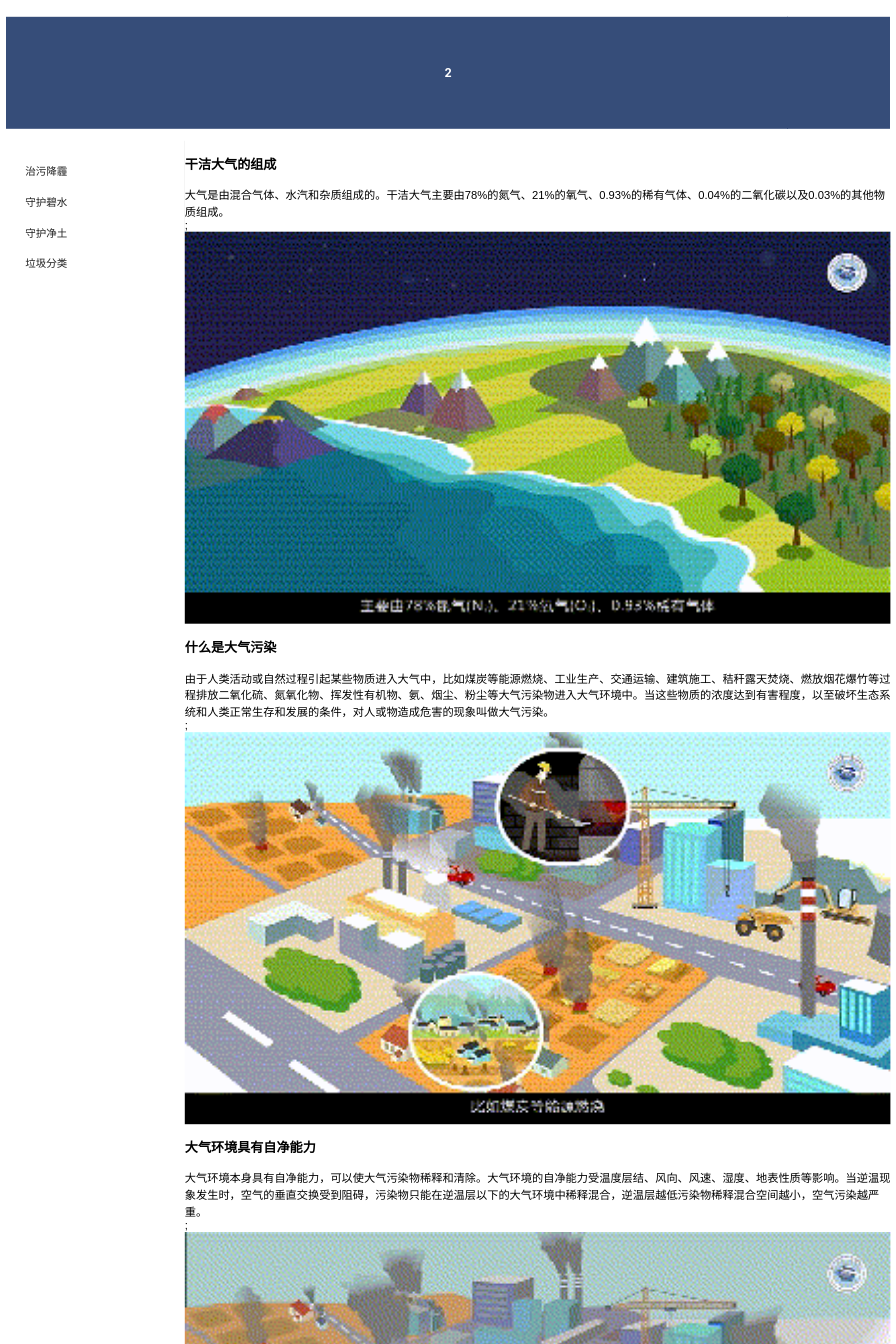
Repository: samllbin/summerWeb
Page: /
These files come from the project's save history. The page is drawn as it stood at one moment and after a run of saves; the edit follows.
The browser window is 1280 px wide. The pictures show the part of the page from y = 0 to 1920 px (the page is 3894 px tall before and 2491 px after), at 70% of full size.
The project was rebuilt for these pictures with package versions that can differ from the ones it lists, and the page was loaded fresh each time. Also part of the build but not shown: vite.config.js, components/menu/config.js, components/article/index.module.css, components/article/index.jsx.

Above is the page before, as saved 2024-07-22 16:37:50.

### src/App.jsx
import React, { useState } from "react";
import style from "./assets/index.module.css";
import Carousel from "@components/carousel/index";
import MenuTab from "@components/menu/MenuTab";
import Content from "@components/content";
import Article from "@components/article";

export default function App() {
  const [current, setCurrent] = useState("1");
  return (
    <div>
      <Carousel />
      <div className={style.layout}>
        <MenuTab setCurrent={setCurrent} current={current} />
        <Content />
      </div>
    </div>
  );
}

### src/assets/index.module.css
.layout {
  font-family: "宋体", sans-serif;
  display: flex;
}

### components/carousel/index.jsx
import React from "react";
import { Carousel } from "antd";
import style from "./index.module.css";

export default function carousel() {
  return (
    <Carousel autoplay>
      <div>
        <h3 className={style.contentStyle}>1</h3>
      </div>
      <div>
        <h3 className={style.contentStyle}>2</h3>
      </div>
      <div>
        <h3 className={style.contentStyle}>3</h3>
      </div>
      <div>
        <h3 className={style.contentStyle}>4</h3>
      </div>
    </Carousel>
  );
}

### components/menu/MenuTab.jsx
import React from "react";
import { Menu } from "antd";
import { useState } from "react";
import { config } from "./config";

export default function MenuTab({ current, setCurrent }) {
  const onClick = (e) => {
    console.log("click ", e);
    setCurrent(e.key);
  };
  return (
    <div>
      <Menu
        onClick={onClick}
        style={{ width: 256, fontSize: 15, paddingTop: 20 }}
        defaultOpenKeys={["sub1"]}
        selectedKeys={[current]}
        mode="inline"
        items={config}
      />
    </div>
  );
}

### components/content/index.jsx
import React from "react";
import style from "./index.module.css";
import config from "./config";

export default function Content() {
  return (
    <div className={style.layout}>
      {config
        .filter((item) => {
          return item.title === "治污降霾";
        })[0]
        ?.value.map((item, index) => {
          return (
            <div key={index} className={style.text}>
              <h3 className={style.title}>{item?.subTitle}</h3>
              <div className={style.content}>{item.content}</div>;
              <img src={item.imageURL} alt="" className={style.image} />
            </div>
          );
        })}
    </div>
  );
}

### components/carousel/index.module.css
.contentStyle {
  height: 160px;
  color: #fff;
  line-height: 160px;
  text-align: center;
  background: #364d79;
}

### components/content/index.module.css
.layout {
  display: flex;
  width: 80%;
  flex-direction: column;
  align-items: center;
  justify-content: center;
}

.text {
  display: flex;
  flex-direction: column;
}

.title {
}

### components/content/config.js
export default [
  {
    title: "治污降霾",
    value: [
      {
        subTitle: "干洁大气的组成",
        content:
          "大气是由混合气体、水汽和杂质组成的。干洁大气主要由78%的氮气、21%的氧气、0.93%的稀有气体、0.04%的二氧化碳以及0.03%的其他物质组成。",
        imageURL: "../../public/大气组成.png",
      },
      {
        subTitle: "什么是大气污染",
        content:
          "由于人类活动或自然过程引起某些物质进入大气中，比如煤炭等能源燃烧、工业生产、交通运输、建筑施工、秸秆露天焚烧、燃放烟花爆竹等过程排放二氧化硫、氮氧化物、挥发性有机物、氨、烟尘、粉尘等大气污染物进入大气环境中。当这些物质的浓度达到有害程度，以至破坏生态系统和人类正常生存和发展的条件，对人或物造成危害的现象叫做大气污染。",
        imageURL: "../../public/大气污染.png",
      },
      {
        subTitle: "大气环境具有自净能力",
        content:
          "大气环境本身具有自净能力，可以使大气污染物稀释和清除。大气环境的自净能力受温度层结、风向、风速、湿度、地表性质等影响。当逆温现象发生时，空气的垂直交换受到阻碍，污染物只能在逆温层以下的大气环境中稀释混合，逆温层越低污染物稀释混合空间越小，空气污染越严重。",
        imageURL: "../../public/自净能力.png",
      },
      {
        subTitle: "大气污染的形成",
        content:
          "伴随风速变小，污染物水平输送变慢，加上不利地形山前阻挡等因素，污染物不能及时扩散，污染愈发严重。当不利气象条件发生时，如果人为的生产和生活活动一如既往地排放污染物到大气环境中，污染便会持续累积加重并蔓延，污染连绵成片，污染气团随风流动，形成大范围的区域性空气重污染。",
        imageURL: "../../public/污染形成.png",
      },
      {
        subTitle: "我国大气污染的防治",
        content:
          "我国通过立法、制定系列标准和规划防治大气污染，目的是改善环境空气质量，保护公众健康。进一步优化产业结构，“散乱污”企业整治，工业企业达标排放；优化能源结构，推动燃煤小锅炉的淘汰改造，着力发展清洁能源。优化运输结构，开展柴油货车超标排放的专项整治；优化用地结构，综合治理城市扬尘。加强督查巡查，严格依法监督管理。",
      },
      {
        subTitle: "防治大气污染，我们能做什么？",
        content:
          "良好生态环境是最普惠的民生福祉，关注空气质量、大气污染防治人人有责。倡导绿色出行、减少污染物排放。提倡简约生活、养成节电习惯。举报污染行为、共建美丽中国。让我们携起手去了解、去支持、去参与大气污染防治美好的蓝天，需要你我的努力！",
        imageURL: "../../public/防止污染.png",
      },
    ],
  },
];

Loaded but not shown: index.html (common file); src/main.jsx (common file)

After the next 2 saves:
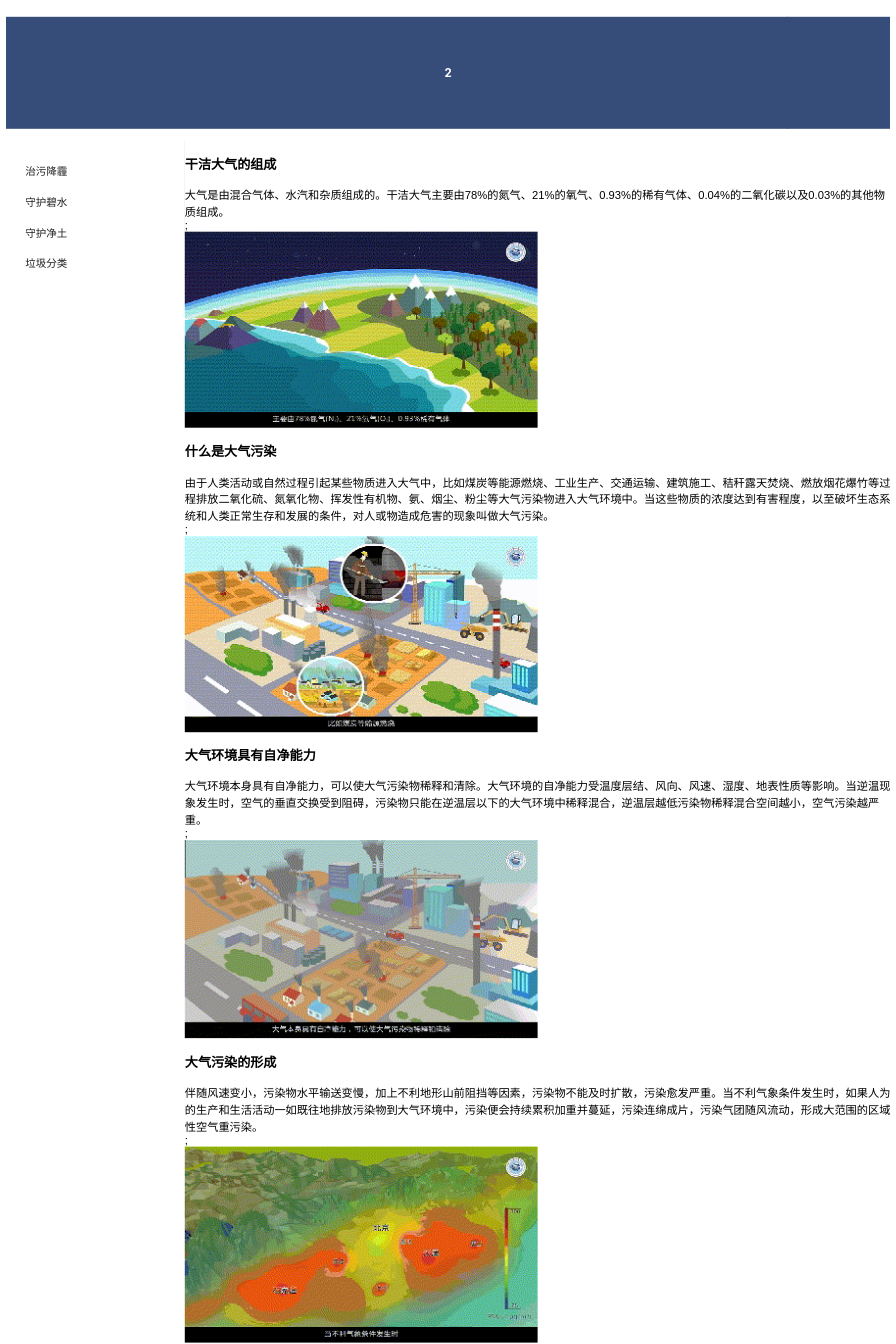
The 2 saves are shown as one change because they came seconds apart.
The last was saved 71 s later.
--- a/components/content/index.module.css
+++ b/components/content/index.module.css
@@ -13,3 +13,7 @@
 
 .title {
 }
+
+.image {
+  width: 50%;
+}
